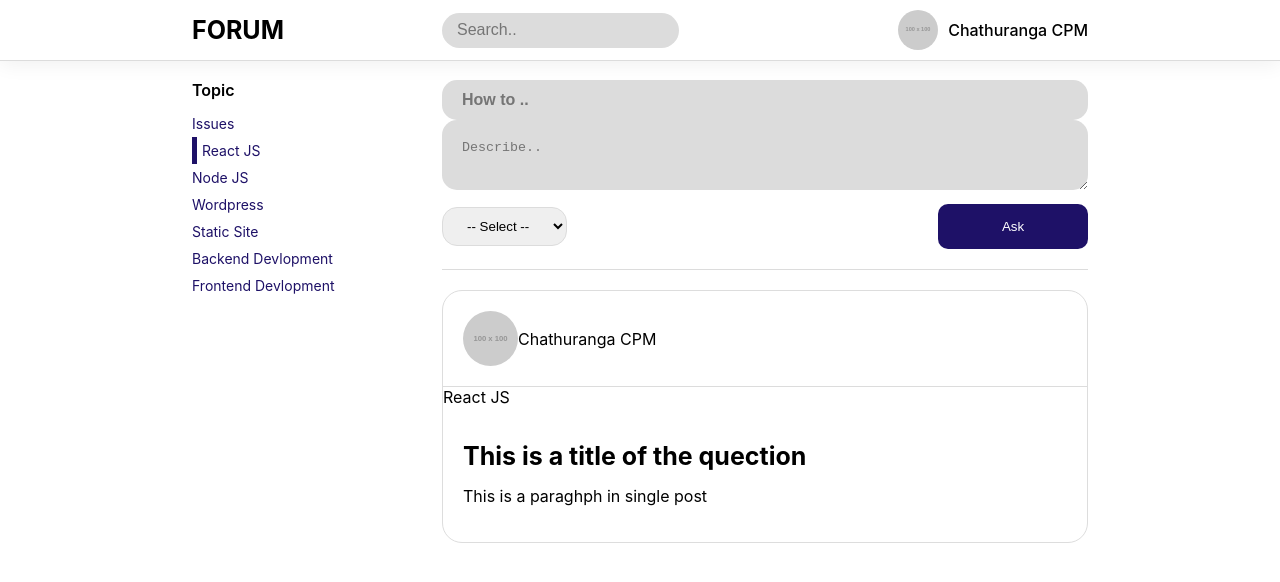
Repository: ChathurangaCPM/developer-forum
Page: / (app in client/)
The author's editor kept a copy of each file at every save. The page is drawn from the files as they stood at one save, then again after the next save.
The browser window is 1280 px wide. The pictures show the whole page.
The project was rebuilt for these pictures with package versions that can differ from the ones it lists, and the page was loaded fresh each time.

Above is the page before, as saved 2022-05-09 22:09:21.

After the next save:
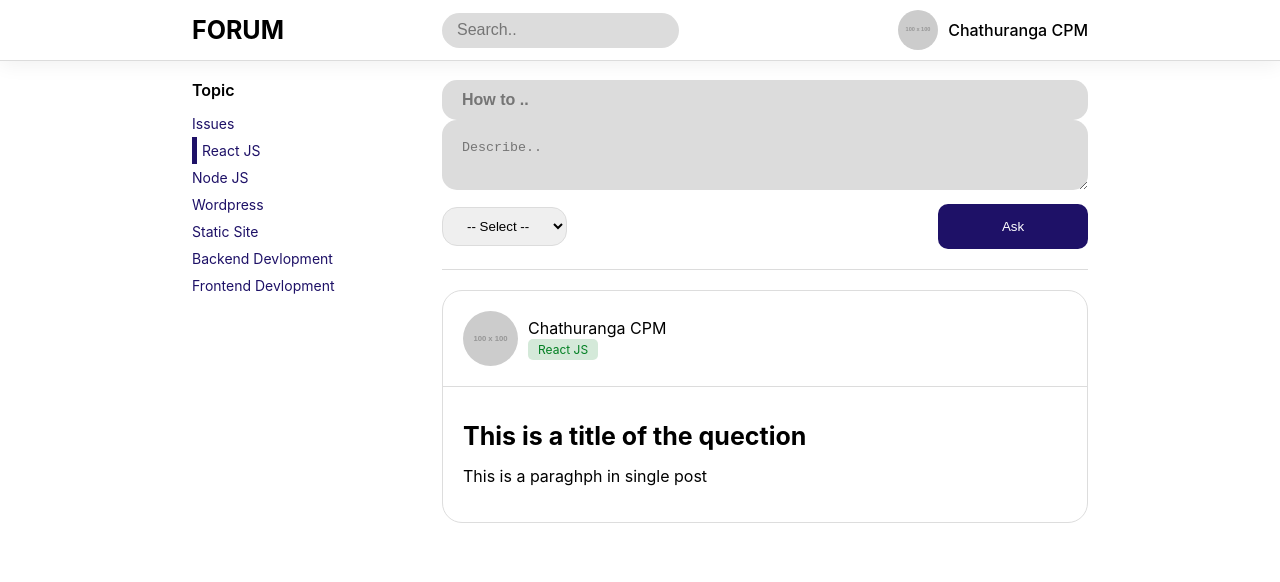
Saved 32 s later.
--- a/client/src/components/SingleQuestion/SingleQuestion.js
+++ b/client/src/components/SingleQuestion/SingleQuestion.js
@@ -8,9 +8,11 @@ function SingleQuestion() {
                     <div className="pro_img">
                         <img src="http://dummyimage.com/100x100/000/fff"/>
                     </div>
-                    <span>Chathuranga CPM</span>
+                    <div className="wrap_right_data">
+                        <span>Chathuranga CPM</span>
+                        <div className="tag">React JS</div>
+                    </div>
                 </div>
-                <div className="tag">React JS</div>
 
             </div>
 
